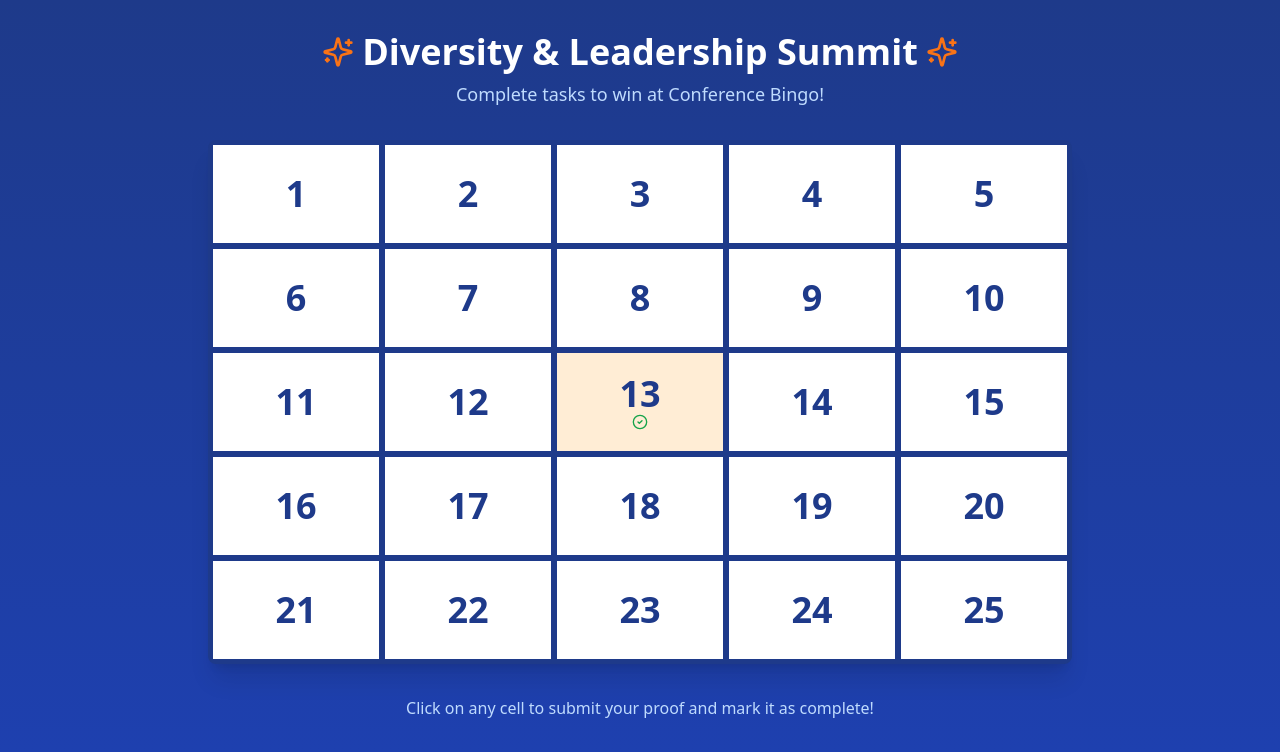
Repository: RutujaPRane/ecs_dls_bingo
Page: /
An editor plug-in stored every save of this project. The page is shown before and after the next save, followed by the edit.
The browser window is 1280 px wide. The pictures show the whole page.
The project was rebuilt for these pictures with package versions that can differ from the ones it lists, and the page was loaded fresh each time. Also part of the build but not shown: vite.config.ts.

Above is the page before, as saved 2025-02-08 21:35:21.

### src/App.tsx
import React from 'react';
import BingoBoard from './components/BingoBoard';
import { Sparkles } from 'lucide-react';

function App() {
  return (
    // This page is a simple layout that controls the UI of the web app

    <div className="min-h-screen bg-gradient-to-b from-blue-900 to-blue-800">

      <div className="container mx-auto px-4 py-8">
        {/* This is the header you can add more styling here if you want  */}
        <header className="text-center mb-8">
          <h1 className="text-4xl font-bold text-white mb-2 flex items-center justify-center gap-2">
            <Sparkles className="w-8 h-8 text-orange-500" />
            Diversity & Leadership Summit
            <Sparkles className="w-8 h-8 text-orange-500" />
          </h1>
          <p className="text-blue-200 text-lg">
            Complete tasks to win at Conference Bingo!
          </p>
        </header>

        <section>
          {/* This is the BingoBoard component*/}
          <BingoBoard />
        </section>



        {/* This is the footer you can add more styling here if you want  */}
        <footer className="mt-8 text-center text-blue-200">
          <p>Click on any cell to submit your proof and mark it as complete!</p>
        </footer>
      </div>
    </div>
  );
}

export default App;

### src/components/BingoBoard.tsx
// this is the bingo card component
import React, { useState, useEffect } from 'react';
import { BingoTask, CompletedTask, BingoLine } from '../types';
import { bingoTasks } from '../data/tasks';
import { Upload, Camera, Type, Image, CheckCircle2, XCircle, Clock } from 'lucide-react';


interface BingoCellProps {
  task: BingoTask;
  isSelected: boolean;
  onSubmitProof: (proof: string) => void;
  index: number;
  completedTask?: CompletedTask;
  isPartOfBingo: boolean;
}

const BingoCell: React.FC<BingoCellProps> = ({
  task,
  isSelected,
  onSubmitProof,
  index,
  completedTask,
  isPartOfBingo
}) => {
  const [isModalOpen, setIsModalOpen] = useState(false);
  const [isHovered, setIsHovered] = useState(false);
  const [proof, setProof] = useState<string>('');

  const handleSubmitProof = () => {
    if (proof) {
      onSubmitProof(proof);
      setIsModalOpen(false);
      setProof('');
    }
  };

  const getProofIcon = () => {
    switch (task.proofType) {
      case 'photo':
        return <Camera className="w-3 h-3 sm:w-4 sm:h-4" />;
      case 'text':
        return <Type className="w-3 h-3 sm:w-4 sm:h-4" />;
      case 'screenshot':
        return <Image className="w-3 h-3 sm:w-4 sm:h-4" />;
      default:
        return null;
    }
  };

  const getStatusColor = () => {
    if (!completedTask) return 'bg-white';
    switch (completedTask.status) {
      case 'approved':
        return isPartOfBingo ? 'bg-orange-400' : 'bg-orange-100';
      case 'pending':
        return 'bg-yellow-50';
      case 'rejected':
        return 'bg-red-50';
      default:
        return 'bg-white';
    }
  };

  const getStatusIcon = () => {
    if (!completedTask) return null;
    switch (completedTask.status) {
      case 'approved':
        return <CheckCircle2 className="w-4 h-4 text-green-600" />;
      case 'pending':
        return <Clock className="w-4 h-4 text-yellow-600" />;
      case 'rejected':
        return <XCircle className="w-4 h-4 text-red-600" />;
      default:
        return null;
    }
  };

  return (
    <>
      <div
        onClick={() => !completedTask && setIsModalOpen(true)}
        onMouseEnter={() => setIsHovered(true)}
        onMouseLeave={() => setIsHovered(false)}
        className={`relative p-1 sm:p-2 md:p-3 border border-blue-900 ${getStatusColor()}
          hover:bg-blue-50 cursor-pointer transition-all min-h-[60px] sm:min-h-[80px]
          md:min-h-[100px] flex items-center justify-center group`}
      >
        {!isHovered ? (
          <div className="flex flex-col items-center">
            <span className="text-2xl sm:text-3xl md:text-4xl font-bold text-blue-900">
              {index + 1}
            </span>
            {getStatusIcon()}
          </div>
        ) : (
          <>
            <div className="absolute top-1 right-1">{getProofIcon()}</div>
            <p className="text-[10px] sm:text-xs md:text-sm font-medium text-blue-900 text-center px-1">
              {task.task}
            </p>
          </>
        )}
      </div>

      {isModalOpen && (
        <div className="fixed inset-0 bg-black bg-opacity-50 flex items-center justify-center p-4 z-50">
          <div className="bg-white rounded-lg p-4 sm:p-6 max-w-md w-full mx-4">
            <div className="flex justify-between items-center mb-4">
              <h3 className="text-lg sm:text-xl font-bold text-blue-900">Task #{index + 1}</h3>
              <div className="text-sm text-blue-600">{task.task}</div>
            </div>
            <p className="text-gray-600 mb-4 text-sm sm:text-base">{task.description}</p>

            {task.proofType === 'photo' && (
              <div className="mb-4">
                <label className="block text-sm font-medium text-gray-700 mb-2">
                  Upload Photo
                </label>
                <input
                  type="file"
                  accept="image/*"
                  onChange={(e) => setProof(e.target.files?.[0]?.name || '')}
                  className="w-full text-sm"
                />
              </div>
            )}

            {(task.proofType === 'text' || task.proofType === 'screenshot') && (
              <div className="mb-4">
                <label className="block text-sm font-medium text-gray-700 mb-2">
                  {task.proofType === 'text' ? 'Your Answer' : 'Upload Screenshot'}
                </label>
                {task.proofType === 'text' ? (
                  <textarea
                    value={proof}
                    onChange={(e) => setProof(e.target.value)}
                    className="w-full p-2 border rounded text-sm"
                    rows={3}
                  />
                ) : (
                  <input
                    type="file"
                    accept="image/*"
                    onChange={(e) => setProof(e.target.files?.[0]?.name || '')}
                    className="w-full text-sm"
                  />
                )}
              </div>
            )}

            <div className="flex justify-end gap-2">
              <button
                onClick={() => setIsModalOpen(false)}
                className="px-3 py-1.5 sm:px-4 sm:py-2 text-sm text-gray-600 hover:bg-gray-100 rounded"
              >
                Cancel
              </button>
              <button
                onClick={handleSubmitProof}
                disabled={!proof}
                className={`px-3 py-1.5 sm:px-4 sm:py-2 text-sm bg-orange-500 text-white rounded
                  hover:bg-orange-600 disabled:opacity-50 disabled:cursor-not-allowed`}
              >
                Submit
              </button>
            </div>
          </div>
        </div>
      )}
    </>
  );
};

const BingoBoard: React.FC = () => {
  const [board, setBoard] = useState<BingoTask[]>([]);
  const [completedTasks, setCompletedTasks] = useState<CompletedTask[]>([]);
  const [bingoLines, setBingoLines] = useState<BingoLine[]>([]);

  useEffect(() => {
    const shuffledTasks = [...bingoTasks]
      .sort(() => Math.random() - 0.5)
      .slice(0, 24);

    // Insert free space in the middle
    const withFreeSpace = [
      ...shuffledTasks.slice(0, 12),
      {
        id: -1,
        task: "FREE SPACE",
        proofType: "text",
        description: "Free space - already completed!",
        completed: true
      },
      ...shuffledTasks.slice(12)
    ];

    setBoard(withFreeSpace);
    setCompletedTasks([{
      taskId: -1,
      proof: "Free space",
      timestamp: Date.now(),
      status: 'approved'
    }]);
  }, []);

  const checkForBingo = () => {
    const approvedTasks = completedTasks.filter(task => task.status === 'approved');
    const approvedIndices = new Set(
      approvedTasks.map(task => board.findIndex(t => t.id === task.taskId))
    );

    const newBingoLines: BingoLine[] = [];

    // Check rows
    for (let i = 0; i < 5; i++) {
      const rowStart = i * 5;
      if ([0, 1, 2, 3, 4].every(j => approvedIndices.has(rowStart + j))) {
        newBingoLines.push({ type: 'row', index: i });
      }
    }

    // Check columns
    for (let i = 0; i < 5; i++) {
      if ([0, 1, 2, 3, 4].every(j => approvedIndices.has(i + j * 5))) {
        newBingoLines.push({ type: 'column', index: i });
      }
    }

    // Check diagonals
    if ([0, 6, 12, 18, 24].every(i => approvedIndices.has(i))) {
      newBingoLines.push({ type: 'diagonal', direction: 'left' });
    }
    if ([4, 8, 12, 16, 20].every(i => approvedIndices.has(i))) {
      newBingoLines.push({ type: 'diagonal', direction: 'right' });
    }

    setBingoLines(newBingoLines);
  };

  useEffect(() => {
    checkForBingo();
  }, [completedTasks]);

  const handleSubmitProof = (index: number, proof: string) => {
    const task = board[index];
    setCompletedTasks(prev => [
      ...prev,
      {
        taskId: task.id,
        proof,
        timestamp: Date.now(),
        status: 'approved' // In a real app, this would be 'pending' until reviewed
      }
    ]);
  };

  const isPartOfBingo = (index: number): boolean => {
    return bingoLines.some(line => {
      if (line.type === 'row') {
        const rowStart = line.index! * 5;
        return index >= rowStart && index < rowStart + 5;
      }
      if (line.type === 'column') {
        return index % 5 === line.index;
      }
      if (line.type === 'diagonal') {
        if (line.direction === 'left') {
          return index % 6 === 0;
        }
        return index % 4 === 0 && index > 0 && index < 24;
      }
      return false;
    });
  };

  return (
    <div className="w-full max-w-4xl mx-auto px-2 sm:px-4">
      <div className="grid grid-cols-5 gap-0.5 sm:gap-1 bg-blue-900 p-0.5 sm:p-1 rounded-lg shadow-xl">
        {board.map((task, index) => (
          <BingoCell
            key={task.id}
            task={task}
            isSelected={completedTasks.some(t => t.taskId === task.id)}
            onSubmitProof={(proof) => handleSubmitProof(index, proof)}
            index={index}
            completedTask={completedTasks.find(t => t.taskId === task.id)}
            isPartOfBingo={isPartOfBingo(index)}
          />
        ))}
      </div>
      {bingoLines.length > 0 && (
        <div className="mt-4 p-4 bg-orange-100 rounded-lg text-center">
          <h3 className="text-xl font-bold text-orange-600">
            BINGO! {bingoLines.length > 1 ? `(${bingoLines.length} lines)` : ''}
          </h3>
        </div>
      )}
    </div>
  );
}

export default BingoBoard;

### src/data/tasks.ts

// this contains the data for the task that will be assigned at random
export const bingoTasks = [
  {
    id: 1,
    task: "Introduce yourself to someone new",
    proofType: "photo",
    description: "Submit a selfie of you and the person",
    completed: false
  },
  {
    id: 2,
    task: "Find someone from a different major",
    proofType: "text",
    description: "Submit their name and their major",
    completed: false
  },
  {
    id: 3,
    task: "Attend a workshop",
    proofType: "photo",
    description: "Submit a picture of you in the workshop room",
    completed: false
  },
  {
    id: 4,
    task: "Find someone wearing the same color",
    proofType: "photo",
    description: "Submit a selfie with your color twin",
    completed: false
  },
  {
    id: 5,
    task: "Follow ECS Diversity Summit socials",
    proofType: "screenshot",
    description: "Submit screenshot proof",
    completed: false
  },
  {
    id: 6,
    task: "Visit the career fair booth",
    proofType: "photo",
    description: "Take a photo at any company booth",
    completed: false
  },
  {
    id: 7,
    task: "Collect 3 business cards",
    proofType: "photo",
    description: "Photo of the collected cards",
    completed: false
  },
  {
    id: 8,
    task: "Ask a speaker a question",
    proofType: "text",
    description: "Write down your question and the speaker's name",
    completed: false
  },
  {
    id: 9,
    task: "Find an alumni",
    proofType: "text",
    description: "Submit their name and graduation year",
    completed: false
  },
  {
    id: 10,
    task: "Attend a networking session",
    proofType: "photo",
    description: "Photo of you at the networking event",
    completed: false
  },
  {
    id: 11,
    task: "Share on LinkedIn",
    proofType: "screenshot",
    description: "Screenshot of your LinkedIn post",
    completed: false
  },
  {
    id: 12,
    task: "Join a student organization",
    proofType: "photo",
    description: "Photo with organization members",
    completed: false
  },
  {
    id: 13,
    task: "Find a mentor",
    proofType: "text",
    description: "Submit their name and role",
    completed: false
  },
  {
    id: 14,
    task: "Learn about research opportunities",
    proofType: "text",
    description: "Write the research topic",
    completed: false
  },
  {
    id: 15,
    task: "Exchange contact info",
    proofType: "screenshot",
    description: "Screenshot of exchanged details",
    completed: false
  },
  {
    id: 16,
    task: "Attend a panel discussion",
    proofType: "photo",
    description: "Photo of the panel",
    completed: false
  },
  {
    id: 17,
    task: "Find someone from your hometown",
    proofType: "text",
    description: "Submit their name and hometown",
    completed: false
  },
  {
    id: 18,
    task: "Learn about an internship",
    proofType: "text",
    description: "Write company and position",
    completed: false
  },
  {
    id: 19,
    task: "Take a group photo",
    proofType: "photo",
    description: "Submit a group photo",
    completed: false
  },
  {
    id: 20,
    task: "Visit the tech showcase",
    proofType: "photo",
    description: "Photo of an interesting project",
    completed: false
  },
  {
    id: 21,
    task: "Learn a new technology",
    proofType: "text",
    description: "Write what you learned",
    completed: false
  },
  {
    id: 22,
    task: "Meet someone from industry",
    proofType: "text",
    description: "Submit their name and company",
    completed: false
  },
  {
    id: 23,
    task: "Attend the opening ceremony",
    proofType: "photo",
    description: "Photo from the ceremony",
    completed: false
  },
  {
    id: 24,
    task: "Get career advice",
    proofType: "text",
    description: "Write down the key advice",
    completed: false
  }
];

Loaded but not shown: index.html (common file); src/main.tsx (common file); src/index.css (common file); tailwind.config.js (common file)

After the next save:
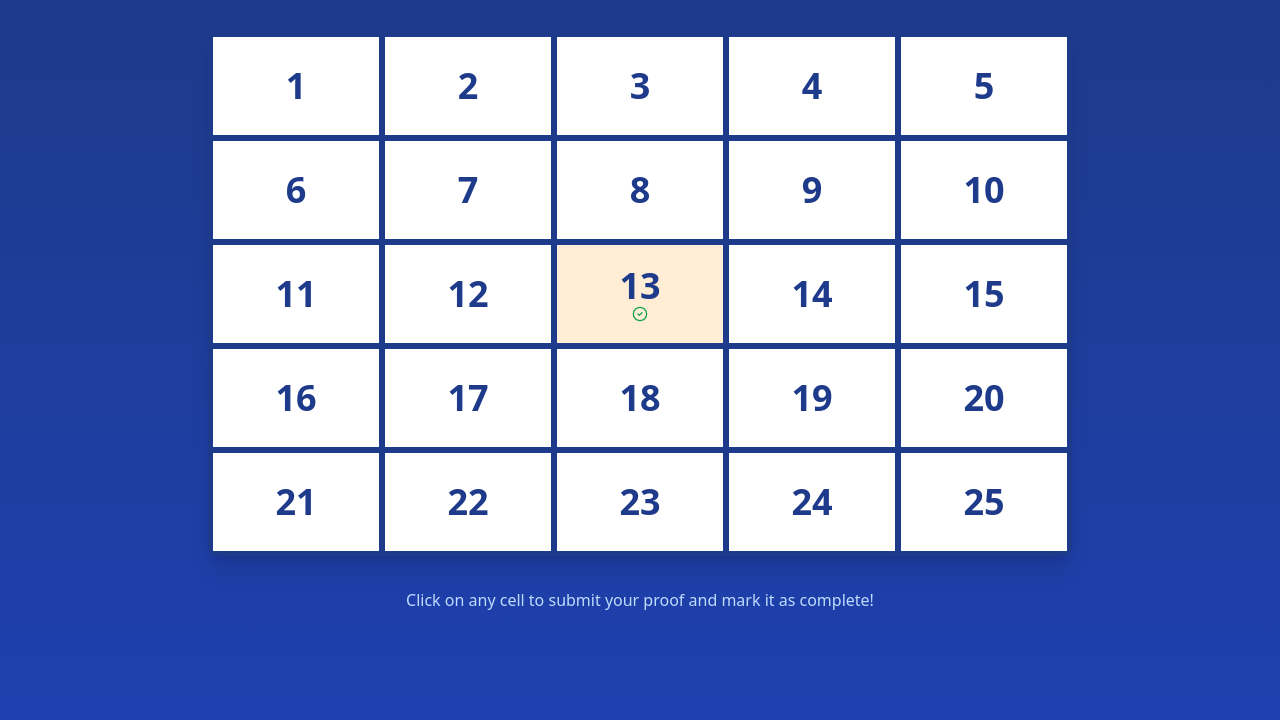
Saved 6 s later.
--- a/src/App.tsx
+++ b/src/App.tsx
@@ -9,17 +9,7 @@ function App() {
     <div className="min-h-screen bg-gradient-to-b from-blue-900 to-blue-800">
 
       <div className="container mx-auto px-4 py-8">
-        {/* This is the header you can add more styling here if you want  */}
-        <header className="text-center mb-8">
-          <h1 className="text-4xl font-bold text-white mb-2 flex items-center justify-center gap-2">
-            <Sparkles className="w-8 h-8 text-orange-500" />
-            Diversity & Leadership Summit
-            <Sparkles className="w-8 h-8 text-orange-500" />
-          </h1>
-          <p className="text-blue-200 text-lg">
-            Complete tasks to win at Conference Bingo!
-          </p>
-        </header>
+
 
         <section>
           {/* This is the BingoBoard component*/}
